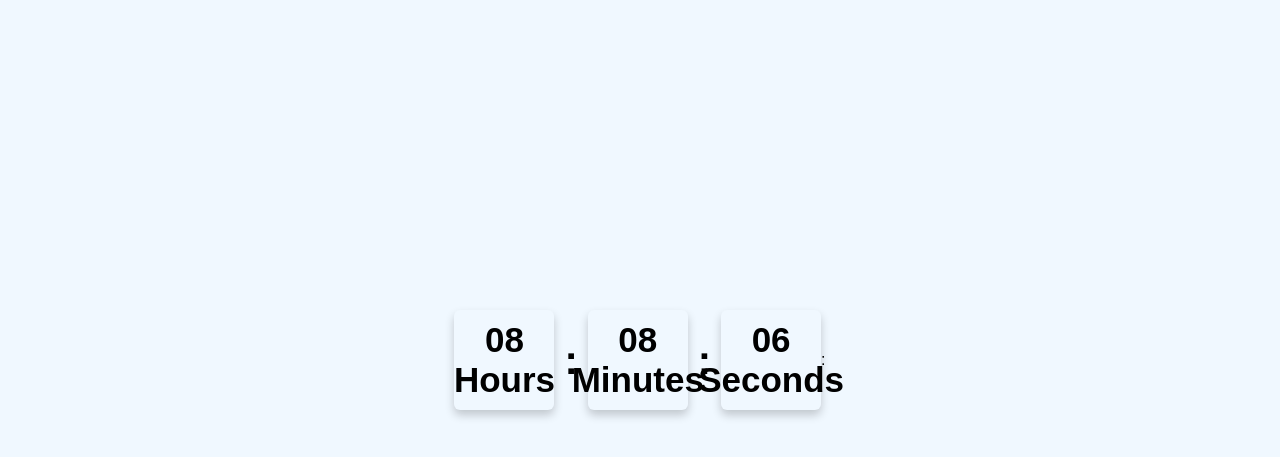
Repository: HueVu99/ComPonents
Page: Dynamic Digital Clock/index.html
The author's editor kept a copy of each file at every save. The page is drawn from the files as they stood at one save, then again after a run of saves.
The browser window is 1280 px wide. The pictures show the whole page.

Above is the page before, as saved 2022-07-08 16:37:55.

After the next 2 saves:
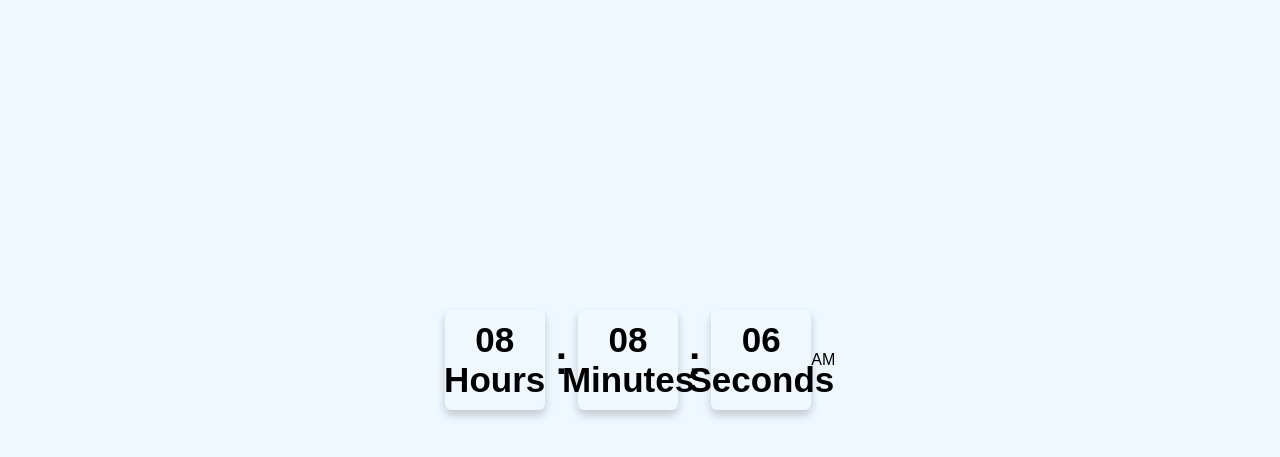
The 2 saves are shown as one change because they came seconds apart.
The last was saved 14 s later.
--- a/Dynamic Digital Clock/index.html
+++ b/Dynamic Digital Clock/index.html
@@ -31,7 +31,7 @@
                     <span class="num sec_num"> 06</span>
                     <span class="text">Seconds</span>
                 </div>
-                <span class="am_pm">:</span>
+                <span class="am_pm">AM</span>
                  </div>
             </div>
         </div>
